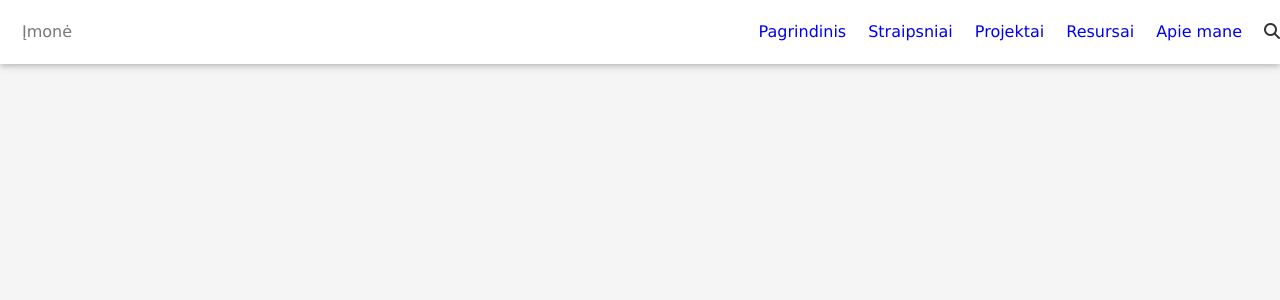
Repository: motiejus1/14-paskaita-05.31
Page: index.html
The author's editor kept a copy of each file at every save. The page is drawn from the files as they stood at one save, then again after a run of saves.
The browser window is 1280 px wide. The pictures show the whole page.
Some web libraries are served in a nearby version.

Above is the page before, as saved 2021-06-23 19:00:16.

### index.html
<!DOCTYPE html>
<html lang="en">
<head>
    <meta charset="UTF-8">
    <meta http-equiv="X-UA-Compatible" content="IE=edge">
    <meta name="viewport" content="width=device-width, initial-scale=1.0">
    <title>14 paskaita</title>

    <link rel="stylesheet" href="http://maxcdn.bootstrapcdn.com/font-awesome/latest/css/font-awesome.min.css">
    <style>
        html {
            font-size: 16px;
        }

        body {
            max-width: 1920px;
            margin: 0 auto;
            font-family: Verdana, Arial, sans-serif;
            line-height: 1.25rem;
            color:#333;
            background-color: #f5f5f5;
        }

        .container {
            width: 100%;
            margin: auto;
        }

        a {
            text-decoration: none;
            transition: all 0.3s ease;
        }

        .area {
            display: flex;
            /* flex-direction:row; */
            /* flex-wrap: wrap; */

            flex-flow: row wrap;
            align-items: stretch;
            justify-content: space-between;
            margin-left: auto;
        }

        .navbar-component {
            background-color: white;
            box-shadow: 0 2px 5px rgba(0,0,0,0.16), 0 2px 10px rgba(0,0,0,0.12);
        }

        .brand {
            display:block;
            font-size: 1rem;
            color: #777;
            margin: 1.375rem;
        }

        .list {
            display:flex;
        }

        .item {
            display: block;
            height: 4rem;
            line-height: 4rem;
            padding-left: 1.375rem;
            padding-right: ;
        }


    </style>
</head>
<body>
    <div class="container">
        <div class="navbar-component">
            <div class="navbar area">
                <a href="#" class="brand">Įmonė</a>

                <nav id="navigation" class="list">
                    <a href="#" class="item -link">Pagrindinis</a>
                    <a href="#" class="item -link" >Straipsniai</a>
                    <a href="#" class="item -link">Projektai</a>
                    <a href="#"class="item -link">Resursai</a>
                    <a href="#" class="item -link">Apie mane</a>
                    <span class="item">
                        <i class="fa fa-search"></i>
                    </span>
                </nav>

            </div>

        </div>
    </div>

</body>
</html>

After the next 2 saves:
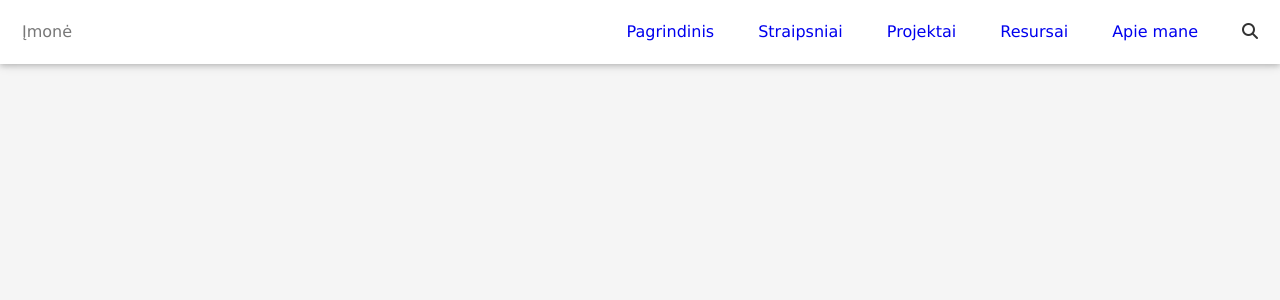
The 2 saves are shown as one change because they came seconds apart.
The last was saved 5 s later.
--- a/index.html
+++ b/index.html
@@ -63,7 +63,8 @@
             height: 4rem;
             line-height: 4rem;
             padding-left: 1.375rem;
-            padding-right: ;
+            padding-right: 1.375rem;
+
         }
 
 
